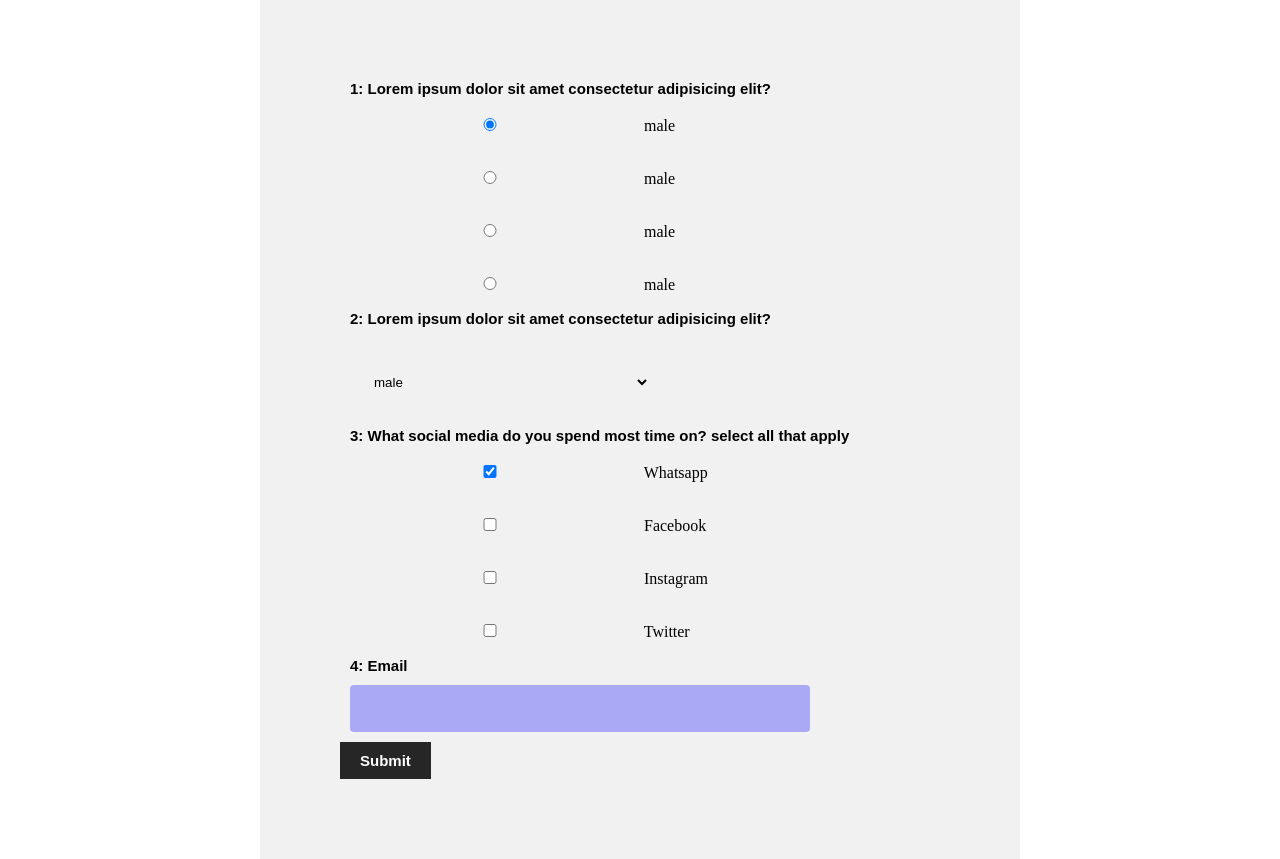
Repository: Grace229/Hasob-form
Page: index.html
An editor plug-in stored every save of this project. The page is shown before and after the next save, followed by the edit.
The browser window is 1280 px wide. The pictures show the whole page.

Above is the page before, as saved 2020-12-27 11:48:07.

### index.html
<!DOCTYPE html>
<html lang="en">
<head>
    <meta charset="UTF-8">
    <meta name="viewport" content="width=device-width, initial-scale=1.0">
    <title>Document</title>
    <link rel="stylesheet" href="style.css">
</head>
<body>
    <form>
        <!-- radio button -->
        <div>
            <label class="question" for="">1: Lorem ipsum dolor sit amet consectetur adipisicing elit? </label> <br>
                <input type="radio" name="gender" value="male" class="input" checked>
                <label> male</label>
                <input type="radio" name="gender" value="male" class="input">
                <label> male</label>
                <input type="radio" name="gender" value="male" class="input">
                <label> male</label>
                <input type="radio" name="gender" value="male" class="input">
                <label> male</label>

        </div>
        <!-- dropdown -->
        <div>
            <label  class="question" for="">2: Lorem ipsum dolor sit amet consectetur adipisicing elit? </label><br>
               <select name="grace" id="input">
                   <option value="male" class="check">
                    <label> male</label>
                   </option>
                   <option value="male" class="check">
                    <label> male</label>
                   </option>
                   <option value="male" class="check">
                    <label> male</label>
                   </option>
                   <option value="male" class="check">
                    <label> male</label>
                   </option>
               </select>
        </div>
        <!-- checkboxes -->
           <div>
            <label  class="question" for="">3: What social media do you spend most time on? select all that apply</label><br>
               <input type="checkbox" name="gender" value="male" class="input" checked>
               <label> Whatsapp</label>
                <input type="checkbox" name="gender" value="male" class="input">
                <label> Facebook</label>
                <input type="checkbox" name="gender" value="male" class="input">
                <label> Instagram</label>
                <input type="checkbox" name="gender" value="male" class="input">
                <label> Twitter</label>
        </div>
        <!-- textbox -->
        <div>
            <label  class="question" for=""> 4: Email</label> <br>
            <input type="email" name="email" id="email">
        </div>

        <div>
          <button class="btn"> Submit </button>
        </div>
   </form>
</body>
</html>

### style.css
*{
    padding: 0;
    margin: 0;
}
.question{
    font-size: 15px;
    font-weight: bold;
    font-family: sans-serif;
    margin: 10px 50px 10px 10px;
}

.input{
    width: 50%;
    margin: 20px 0px 20px 0px;
    cursor: pointer;

}
.check{
    border: solid 1px black;
}
#input{
    width: 50%;
    margin: 30px 10px 20px 10px;
    border: none;
}
select{
    border: 1px  solid black;
    background-color:#f1f1f1;
    padding: 16px 20px;
    border-radius: 4px;
}
option{
    border: 1px solid black;
    font-size:  15px;
}
form{
    width: 600px;
    margin: auto;
    background-color: #f1f1f1;
    padding: 80px;
}
#email{
    width: 70%;
    margin: 10px 10px 10px 10px;
    border: none;
    background-color: rgb(169, 169, 245);
    padding: 16px 20px;
    border-radius: 4px;
    cursor: pointer;
}
#email:focus{
    background-color: #ffffff;
    font-size: 20px;

}
.btn{
    cursor: pointer;
    display: inline-block;
    border: 0;
    font-weight: bold;
    padding: 10px 20px;
    background: #262626;
    color: #fff;
    font-size: 15px;
}

.btn:hover{
opacity: 0.9;
}

After the next save:
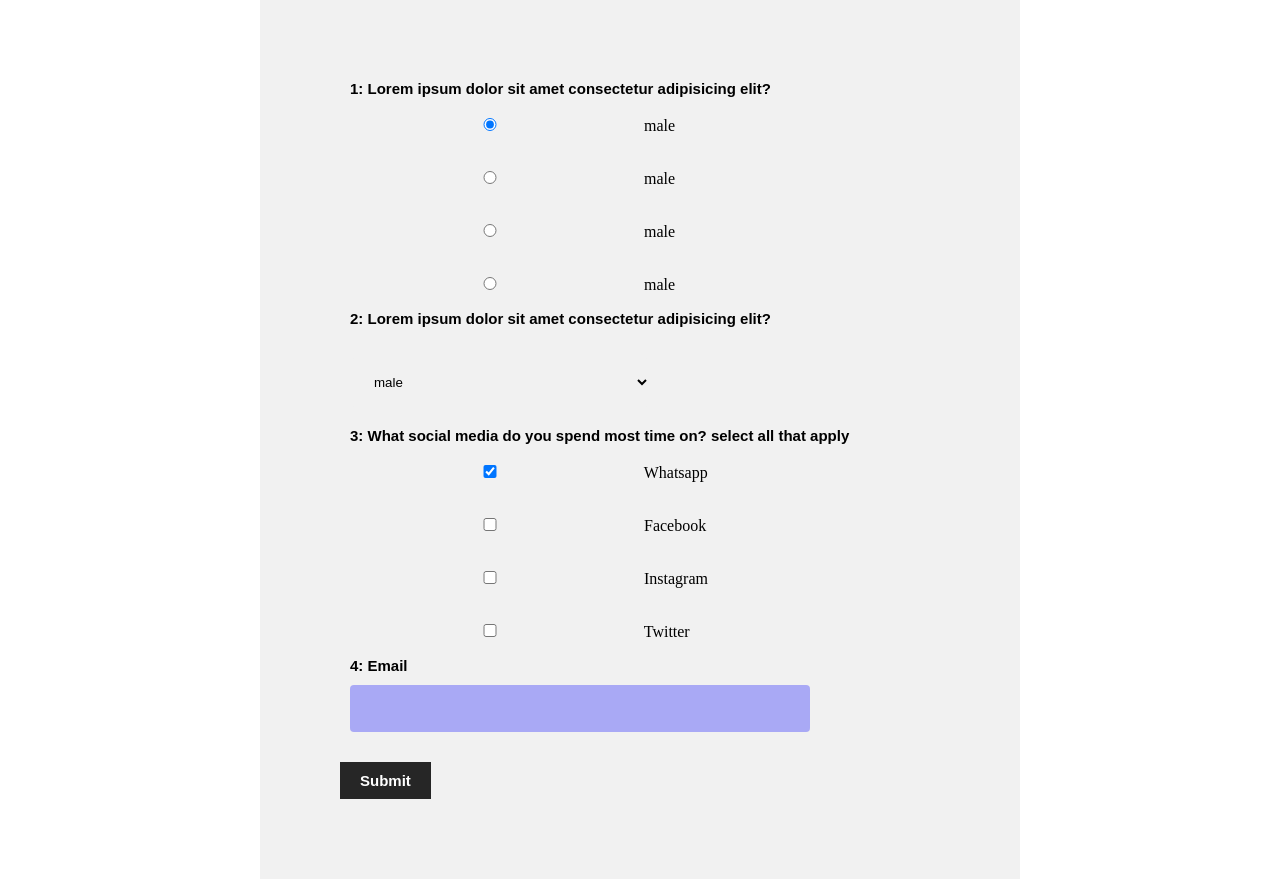
Saved 2 min 47 s later.
--- a/style.css
+++ b/style.css
@@ -41,7 +41,7 @@ form{
 }
 #email{
     width: 70%;
-    margin: 10px 10px 10px 10px;
+    margin: 10px 10px 30px 10px;
     border: none;
     background-color: rgb(169, 169, 245);
     padding: 16px 20px;
